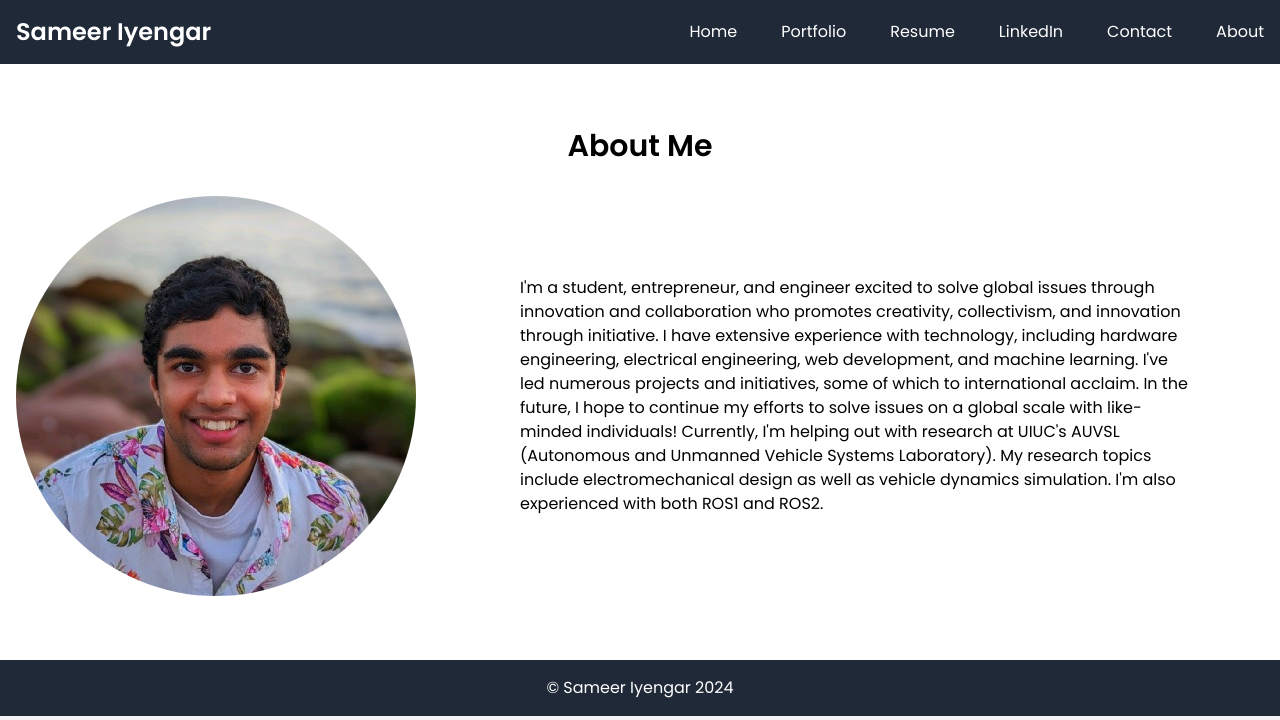
Repository: siyengar04/siyengar04.github.io
Page: about.html
An editor plug-in stored every save of this project. The page is shown before and after the next save, followed by the edit.
The browser window is 1280 px wide. The pictures show the whole page.
Some web libraries are served in a nearby version.

Above is the page before, as saved 2024-11-01 13:49:44.

### about.html
<!DOCTYPE html>
<html lang="en">

<head>
    <meta charset="UTF-8">
    <meta name="viewport" content="width=device-width, initial-scale=1.0">
    <title>Photography Portfolio</title>
    <script src="https://cdn.tailwindcss.com"></script>
    <link href="/src/output.css" rel="stylesheet">
    <link href="https://fonts.googleapis.com/css2?family=Poppins:wght@300;400;600&display=swap" rel="stylesheet">
    <style>
        body {
            font-family: 'Poppins', sans-serif;
        }
    </style>
</head>

<body class="bg-gray-100">
    <header class="bg-gray-800 text-white py-4">
        <div class="container mx-auto flex justify-between items-center px-4">
            <h1 class="text-2xl font-semibold">Sameer Iyengar</h1>
            <div class="md:hidden">
                <button id="nav-toggle" class="text-white focus:outline-none">
                    <svg xmlns="http://www.w3.org/2000/svg" class="h-6 w-6" fill="none" viewBox="0 0 24 24" stroke="currentColor">
                        <path stroke-linecap="round" stroke-linejoin="round" stroke-width="2" d="M4 6h16M4 12h16m-7 6h7" />
                    </svg>
                </button>
            </div>
            <nav id="nav-menu" class="hidden md:flex md:space-x-6">
                <ul class="flex flex-col md:flex-row space-y-4 md:space-y-0 md:space-x-6">
                    <li><a href="index.html" class="hover:text-gray-400">Home</a></li>
                    <li><a href="/portfolio.html" class="hover:text-gray-400">Portfolio</a></li>
                    <li><a href="/resume.html" class="hover:text-gray-400">Resume</a></li>
                    <li><a href="https://www.linkedin.com/in/sameer-iyengar/" class="hover:text-gray-400">LinkedIn</a></li>
                    <li><a href="/contact.html" class="hover:text-gray-400">Contact</a></li>
                    <li><a href="/about.html" class="hover:text-gray-400">About</a></li>
                </ul>
            </nav>
        </div>
    </header>
    <section id="about" class="about py-16 bg-white">
        <h2 class="text-3xl text-center font-bold mb-8">About Me</h2>

        <div class="container mx-auto px-4 flex flex-col md:flex-row items-center">
            <img src="/images/profile.jpg" alt="Profile Picture" class="w-100 h-100 rounded-full mb-8 md:mb-0 md:mr-8">
            <div class="text-left md:text-left md:flex-1">
                <p class="text-left max-w-2xl mx-auto">I'm a student, entrepreneur, and engineer excited to solve global issues through innovation and collaboration who promotes creativity, collectivism, and innovation through initiative. I have extensive experience with technology, including hardware engineering, electrical engineering, web development, and machine learning. I've led numerous projects and initiatives, some of which to international acclaim. In the future, I hope to continue my efforts to solve issues on a global scale with like-minded individuals! Currently, I'm helping out with research at UIUC's AUVSL (Autonomous and Unmanned Vehicle Systems Laboratory). My research topics include electromechanical design as well as vehicle dynamics simulation. I'm also experienced with both ROS1 and ROS2. </p>
            </div>
        </div>
    </section>


    <footer class="bg-gray-800 text-white text-center py-4">
        <div class="container mx-auto">
            <p>&copy; Sameer Iyengar 2024</p>
        </div>
    </footer>

    <script>
        const navToggle = document.getElementById('nav-toggle');
        const navMenu = document.getElementById('nav-menu');

        navToggle.addEventListener('click', () => {
            navMenu.classList.toggle('hidden');
        });
    </script>
</body>

</html>

### src/output.css
*, ::before, ::after {
  --tw-border-spacing-x: 0;
  --tw-border-spacing-y: 0;
  --tw-translate-x: 0;
  --tw-translate-y: 0;
  --tw-rotate: 0;
  --tw-skew-x: 0;
  --tw-skew-y: 0;
  --tw-scale-x: 1;
  --tw-scale-y: 1;
  --tw-pan-x:  ;
  --tw-pan-y:  ;
  --tw-pinch-zoom:  ;
  --tw-scroll-snap-strictness: proximity;
  --tw-gradient-from-position:  ;
  --tw-gradient-via-position:  ;
  --tw-gradient-to-position:  ;
  --tw-ordinal:  ;
  --tw-slashed-zero:  ;
  --tw-numeric-figure:  ;
  --tw-numeric-spacing:  ;
  --tw-numeric-fraction:  ;
  --tw-ring-inset:  ;
  --tw-ring-offset-width: 0px;
  --tw-ring-offset-color: #fff;
  --tw-ring-color: rgb(59 130 246 / 0.5);
  --tw-ring-offset-shadow: 0 0 #0000;
  --tw-ring-shadow: 0 0 #0000;
  --tw-shadow: 0 0 #0000;
  --tw-shadow-colored: 0 0 #0000;
  --tw-blur:  ;
  --tw-brightness:  ;
  --tw-contrast:  ;
  --tw-grayscale:  ;
  --tw-hue-rotate:  ;
  --tw-invert:  ;
  --tw-saturate:  ;
  --tw-sepia:  ;
  --tw-drop-shadow:  ;
  --tw-backdrop-blur:  ;
  --tw-backdrop-brightness:  ;
  --tw-backdrop-contrast:  ;
  --tw-backdrop-grayscale:  ;
  --tw-backdrop-hue-rotate:  ;
  --tw-backdrop-invert:  ;
  --tw-backdrop-opacity:  ;
  --tw-backdrop-saturate:  ;
  --tw-backdrop-sepia:  ;
  --tw-contain-size:  ;
  --tw-contain-layout:  ;
  --tw-contain-paint:  ;
  --tw-contain-style:  ;
}

::backdrop {
  --tw-border-spacing-x: 0;
  --tw-border-spacing-y: 0;
  --tw-translate-x: 0;
  --tw-translate-y: 0;
  --tw-rotate: 0;
  --tw-skew-x: 0;
  --tw-skew-y: 0;
  --tw-scale-x: 1;
  --tw-scale-y: 1;
  --tw-pan-x:  ;
  --tw-pan-y:  ;
  --tw-pinch-zoom:  ;
  --tw-scroll-snap-strictness: proximity;
  --tw-gradient-from-position:  ;
  --tw-gradient-via-position:  ;
  --tw-gradient-to-position:  ;
  --tw-ordinal:  ;
  --tw-slashed-zero:  ;
  --tw-numeric-figure:  ;
  --tw-numeric-spacing:  ;
  --tw-numeric-fraction:  ;
  --tw-ring-inset:  ;
  --tw-ring-offset-width: 0px;
  --tw-ring-offset-color: #fff;
  --tw-ring-color: rgb(59 130 246 / 0.5);
  --tw-ring-offset-shadow: 0 0 #0000;
  --tw-ring-shadow: 0 0 #0000;
  --tw-shadow: 0 0 #0000;
  --tw-shadow-colored: 0 0 #0000;
  --tw-blur:  ;
  --tw-brightness:  ;
  --tw-contrast:  ;
  --tw-grayscale:  ;
  --tw-hue-rotate:  ;
  --tw-invert:  ;
  --tw-saturate:  ;
  --tw-sepia:  ;
  --tw-drop-shadow:  ;
  --tw-backdrop-blur:  ;
  --tw-backdrop-brightness:  ;
  --tw-backdrop-contrast:  ;
  --tw-backdrop-grayscale:  ;
  --tw-backdrop-hue-rotate:  ;
  --tw-backdrop-invert:  ;
  --tw-backdrop-opacity:  ;
  --tw-backdrop-saturate:  ;
  --tw-backdrop-sepia:  ;
  --tw-contain-size:  ;
  --tw-contain-layout:  ;
  --tw-contain-paint:  ;
  --tw-contain-style:  ;
}

/*
! tailwindcss v3.4.14 | MIT License | https://tailwindcss.com
*/

/*
1. Prevent padding and border from affecting element width. (https://github.com/mozdevs/cssremedy/issues/4)
2. Allow adding a border to an element by just adding a border-width. (https://github.com/tailwindcss/tailwindcss/pull/116)
*/

*,
::before,
::after {
  box-sizing: border-box;
  /* 1 */
  border-width: 0;
  /* 2 */
  border-style: solid;
  /* 2 */
  border-color: #e5e7eb;
  /* 2 */
}

::before,
::after {
  --tw-content: '';
}

/*
1. Use a consistent sensible line-height in all browsers.
2. Prevent adjustments of font size after orientation changes in iOS.
3. Use a more readable tab size.
4. Use the user's configured `sans` font-family by default.
5. Use the user's configured `sans` font-feature-settings by default.
6. Use the user's configured `sans` font-variation-settings by default.
7. Disable tap highlights on iOS
*/

html,
:host {
  line-height: 1.5;
  /* 1 */
  -webkit-text-size-adjust: 100%;
  /* 2 */
  -moz-tab-size: 4;
  /* 3 */
  -o-tab-size: 4;
     tab-size: 4;
  /* 3 */
  font-family: ui-sans-serif, system-ui, sans-serif, "Apple Color Emoji", "Segoe UI Emoji", "Segoe UI Symbol", "Noto Color Emoji";
  /* 4 */
  font-feature-settings: normal;
  /* 5 */
  font-variation-settings: normal;
  /* 6 */
  -webkit-tap-highlight-color: transparent;
  /* 7 */
}

/*
1. Remove the margin in all browsers.
2. Inherit line-height from `html` so users can set them as a class directly on the `html` element.
*/

body {
  margin: 0;
  /* 1 */
  line-height: inherit;
  /* 2 */
}

/*
1. Add the correct height in Firefox.
2. Correct the inheritance of border color in Firefox. (https://bugzilla.mozilla.org/show_bug.cgi?id=190655)
3. Ensure horizontal rules are visible by default.
*/

hr {
  height: 0;
  /* 1 */
  color: inherit;
  /* 2 */
  border-top-width: 1px;
  /* 3 */
}

/*
Add the correct text decoration in Chrome, Edge, and Safari.
*/

abbr:where([title]) {
  -webkit-text-decoration: underline dotted;
          text-decoration: underline dotted;
}

/*
Remove the default font size and weight for headings.
*/

h1,
h2,
h3,
h4,
h5,
h6 {
  font-size: inherit;
  font-weight: inherit;
}

/*
Reset links to optimize for opt-in styling instead of opt-out.
*/

a {
  color: inherit;
  text-decoration: inherit;
}

/*
Add the correct font weight in Edge and Safari.
*/

b,
strong {
  font-weight: bolder;
}

/*
1. Use the user's configured `mono` font-family by default.
2. Use the user's configured `mono` font-feature-settings by default.
3. Use the user's configured `mono` font-variation-settings by default.
4. Correct the odd `em` font sizing in all browsers.
*/

code,
kbd,
samp,
pre {
  font-family: ui-monospace, SFMono-Regular, Menlo, Monaco, Consolas, "Liberation Mono", "Courier New", monospace;
  /* 1 */
  font-feature-settings: normal;
  /* 2 */
  font-variation-settings: normal;
  /* 3 */
  font-size: 1em;
  /* 4 */
}

/*
Add the correct font size in all browsers.
*/

small {
  font-size: 80%;
}

/*
Prevent `sub` and `sup` elements from affecting the line height in all browsers.
*/

sub,
sup {
  font-size: 75%;
  line-height: 0;
  position: relative;
  vertical-align: baseline;
}

sub {
  bottom: -0.25em;
}

sup {
  top: -0.5em;
}

/*
1. Remove text indentation from table contents in Chrome and Safari. (https://bugs.chromium.org/p/chromium/issues/detail?id=999088, https://bugs.webkit.org/show_bug.cgi?id=201297)
2. Correct table border color inheritance in all Chrome and Safari. (https://bugs.chromium.org/p/chromium/issues/detail?id=935729, https://bugs.webkit.org/show_bug.cgi?id=195016)
3. Remove gaps between table borders by default.
*/

table {
  text-indent: 0;
  /* 1 */
  border-color: inherit;
  /* 2 */
  border-collapse: collapse;
  /* 3 */
}

/*
1. Change the font styles in all browsers.
2. Remove the margin in Firefox and Safari.
3. Remove default padding in all browsers.
*/

button,
input,
optgroup,
select,
textarea {
  font-family: inherit;
  /* 1 */
  font-feature-settings: inherit;
  /* 1 */
  font-variation-settings: inherit;
  /* 1 */
  font-size: 100%;
  /* 1 */
  font-weight: inherit;
  /* 1 */
  line-height: inherit;
  /* 1 */
  letter-spacing: inherit;
  /* 1 */
  color: inherit;
  /* 1 */
  margin: 0;
  /* 2 */
  padding: 0;
  /* 3 */
}

/*
Remove the inheritance of text transform in Edge and Firefox.
*/

button,
select {
  text-transform: none;
}

/*
1. Correct the inability to style clickable types in iOS and Safari.
2. Remove default button styles.
*/

button,
input:where([type='button']),
input:where([type='reset']),
input:where([type='submit']) {
  -webkit-appearance: button;
  /* 1 */
  background-color: transparent;
  /* 2 */
  background-image: none;
  /* 2 */
}

/*
Use the modern Firefox focus style for all focusable elements.
*/

:-moz-focusring {
  outline: auto;
}

/*
Remove the additional `:invalid` styles in Firefox. (https://github.com/mozilla/gecko-dev/blob/2f9eacd9d3d995c937b4251a5557d95d494c9be1/layout/style/res/forms.css#L728-L737)
*/

:-moz-ui-invalid {
  box-shadow: none;
}

/*
Add the correct vertical alignment in Chrome and Firefox.
*/

progress {
  vertical-align: baseline;
}

/*
Correct the cursor style of increment and decrement buttons in Safari.
*/

::-webkit-inner-spin-button,
::-webkit-outer-spin-button {
  height: auto;
}

/*
1. Correct the odd appearance in Chrome and Safari.
2. Correct the outline style in Safari.
*/

[type='search'] {
  -webkit-appearance: textfield;
  /* 1 */
  outline-offset: -2px;
  /* 2 */
}

/*
Remove the inner padding in Chrome and Safari on macOS.
*/

::-webkit-search-decoration {
  -webkit-appearance: none;
}

/*
1. Correct the inability to style clickable types in iOS and Safari.
2. Change font properties to `inherit` in Safari.
*/

::-webkit-file-upload-button {
  -webkit-appearance: button;
  /* 1 */
  font: inherit;
  /* 2 */
}

/*
Add the correct display in Chrome and Safari.
*/

summary {
  display: list-item;
}

/*
Removes the default spacing and border for appropriate elements.
*/

blockquote,
dl,
dd,
h1,
h2,
h3,
h4,
h5,
h6,
hr,
figure,
p,
pre {
  margin: 0;
}

fieldset {
  margin: 0;
  padding: 0;
}

legend {
  padding: 0;
}

ol,
ul,
menu {
  list-style: none;
  margin: 0;
  padding: 0;
}

/*
Reset default styling for dialogs.
*/

dialog {
  padding: 0;
}

/*
Prevent resizing textareas horizontally by default.
*/

textarea {
  resize: vertical;
}

/*
1. Reset the default placeholder opacity in Firefox. (https://github.com/tailwindlabs/tailwindcss/issues/3300)
2. Set the default placeholder color to the user's configured gray 400 color.
*/

input::-moz-placeholder, textarea::-moz-placeholder {
  opacity: 1;
  /* 1 */
  color: #9ca3af;
  /* 2 */
}

input::placeholder,
textarea::placeholder {
  opacity: 1;
  /* 1 */
  color: #9ca3af;
  /* 2 */
}

/*
Set the default cursor for buttons.
*/

button,
[role="button"] {
  cursor: pointer;
}

/*
Make sure disabled buttons don't get the pointer cursor.
*/

:disabled {
  cursor: default;
}

/*
1. Make replaced elements `display: block` by default. (https://github.com/mozdevs/cssremedy/issues/14)
2. Add `vertical-align: middle` to align replaced elements more sensibly by default. (https://github.com/jensimmons/cssremedy/issues/14#issuecomment-634934210)
   This can trigger a poorly considered lint error in some tools but is included by design.
*/

img,
svg,
video,
canvas,
audio,
iframe,
embed,
object {
  display: block;
  /* 1 */
  vertical-align: middle;
  /* 2 */
}

/*
Constrain images and videos to the parent width and preserve their intrinsic aspect ratio. (https://github.com/mozdevs/cssremedy/issues/14)
*/

img,
video {
  max-width: 100%;
  height: auto;
}

/* Make elements with the HTML hidden attribute stay hidden by default */

[hidden]:where(:not([hidden="until-found"])) {
  display: none;
}

body {
  font-family: 'Poppins', sans-serif;
  margin: 0;
  padding: 0;
  box-sizing: border-box;
}

header {
  background-color: #333;
  padding: 20px 0;
  color: #fff;
}

header nav ul {
  display: flex;
  list-style-type: none;
  gap: 20px;
}

header nav ul li a {
  color: #fff;
  text-decoration: none;
}

.hero {
  background: url('images/hero.jpg') no-repeat center center/cover;
  height: 80vh;
  display: flex;
  align-items: center;
  justify-content: center;
  color: #fff;
  text-align: center;
}

.portfolio {
  padding: 40px 0;
}

.gallery {
  display: grid;
  grid-template-columns: repeat(auto-fit, minmax(200px, 1fr));
  gap: 20px;
}

.gallery img {
  width: 100%;
  height: auto;
}

.contact-btn {
  background-color: #333;
  color: #fff;
  padding: 10px 20px;
  text-decoration: none;
  border-radius: 5px;
}

footer {
  background-color: #333;
  color: #fff;
  text-align: center;
  padding: 10px 0;
}

After the next save:
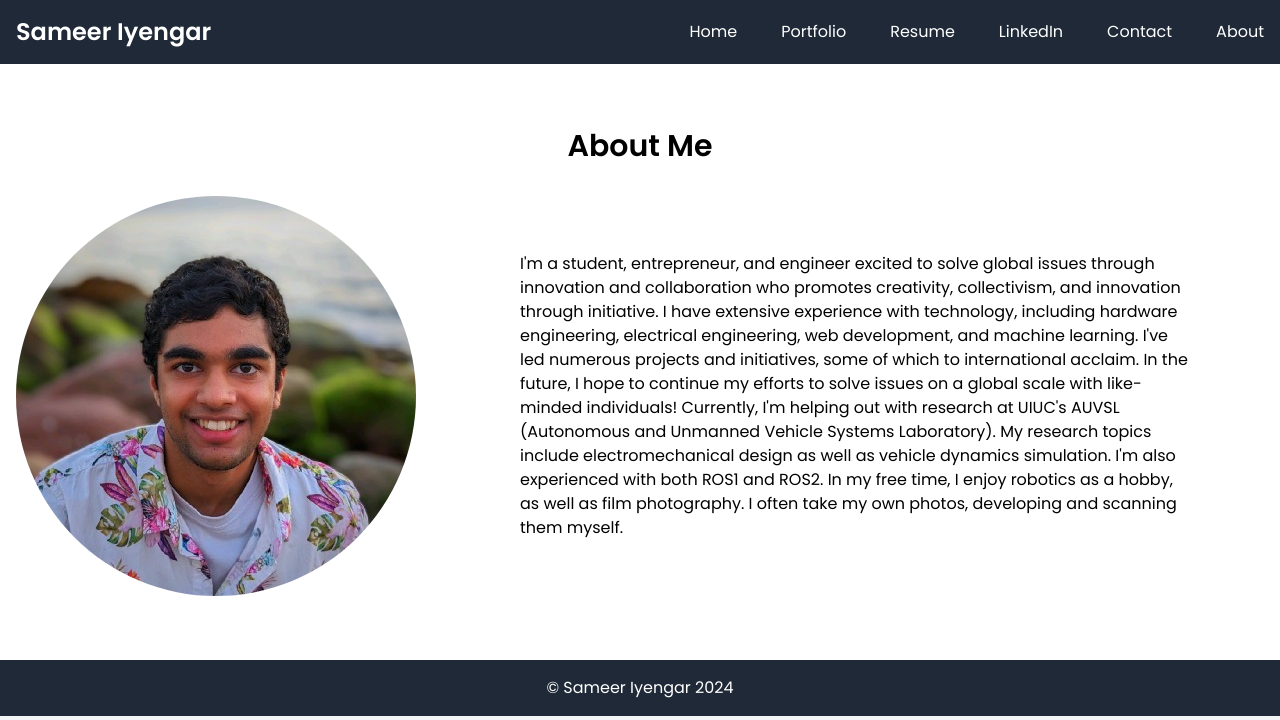
Saved 34 s later.
--- a/about.html
+++ b/about.html
@@ -44,7 +44,7 @@
         <div class="container mx-auto px-4 flex flex-col md:flex-row items-center">
             <img src="/images/profile.jpg" alt="Profile Picture" class="w-100 h-100 rounded-full mb-8 md:mb-0 md:mr-8">
             <div class="text-left md:text-left md:flex-1">
-                <p class="text-left max-w-2xl mx-auto">I'm a student, entrepreneur, and engineer excited to solve global issues through innovation and collaboration who promotes creativity, collectivism, and innovation through initiative. I have extensive experience with technology, including hardware engineering, electrical engineering, web development, and machine learning. I've led numerous projects and initiatives, some of which to international acclaim. In the future, I hope to continue my efforts to solve issues on a global scale with like-minded individuals! Currently, I'm helping out with research at UIUC's AUVSL (Autonomous and Unmanned Vehicle Systems Laboratory). My research topics include electromechanical design as well as vehicle dynamics simulation. I'm also experienced with both ROS1 and ROS2. </p>
+                <p class="text-left max-w-2xl mx-auto">I'm a student, entrepreneur, and engineer excited to solve global issues through innovation and collaboration who promotes creativity, collectivism, and innovation through initiative. I have extensive experience with technology, including hardware engineering, electrical engineering, web development, and machine learning. I've led numerous projects and initiatives, some of which to international acclaim. In the future, I hope to continue my efforts to solve issues on a global scale with like-minded individuals! Currently, I'm helping out with research at UIUC's AUVSL (Autonomous and Unmanned Vehicle Systems Laboratory). My research topics include electromechanical design as well as vehicle dynamics simulation. I'm also experienced with both ROS1 and ROS2. In my free time, I enjoy robotics as a hobby, as well as film photography. I often take my own photos, developing and scanning them myself.</p>
             </div>
         </div>
     </section>
